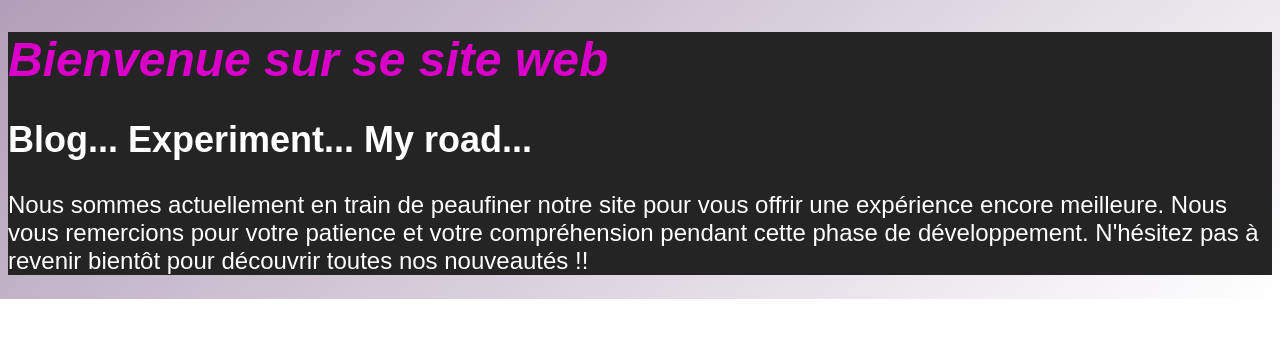
Repository: ValetteEvan/PersonalWebApp
Page: index.html
These files come from the project's save history. The page is drawn as it stood at one moment and after the next save; the edit follows.
The browser window is 1280 px wide. The pictures show the whole page.

Above is the page before, as saved 2025-01-07 18:03:21.

After the next save:
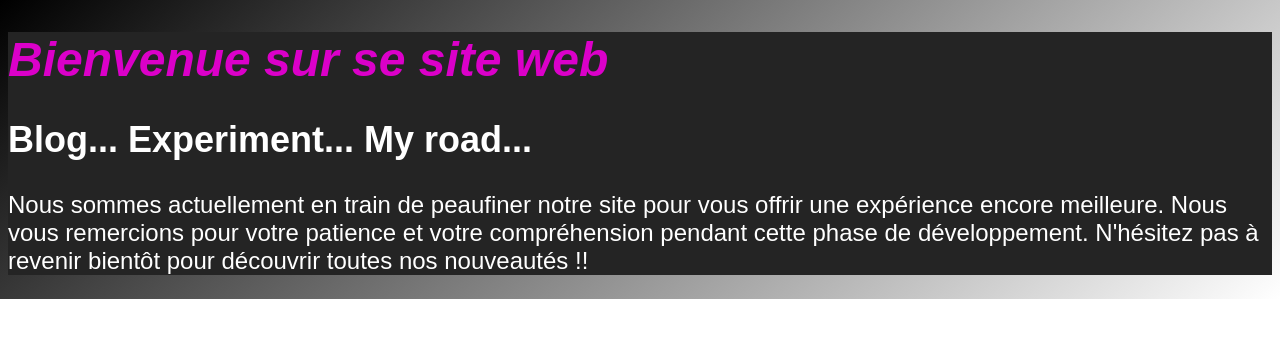
Saved 5 s later.
--- a/style.css
+++ b/style.css
@@ -2,7 +2,7 @@
 body{
 
     background-color: rgb(255, 255, 255);
-    background: linear-gradient(140deg,rgb(177, 158, 184),#ffffff);
+    background: linear-gradient(140deg,rgb(0, 0, 0),#ffffff);
     background-repeat: no-repeat;
     /*background-image: url('image/auto.jpg');*/
     /* background-repeat: no-repeat;*/
